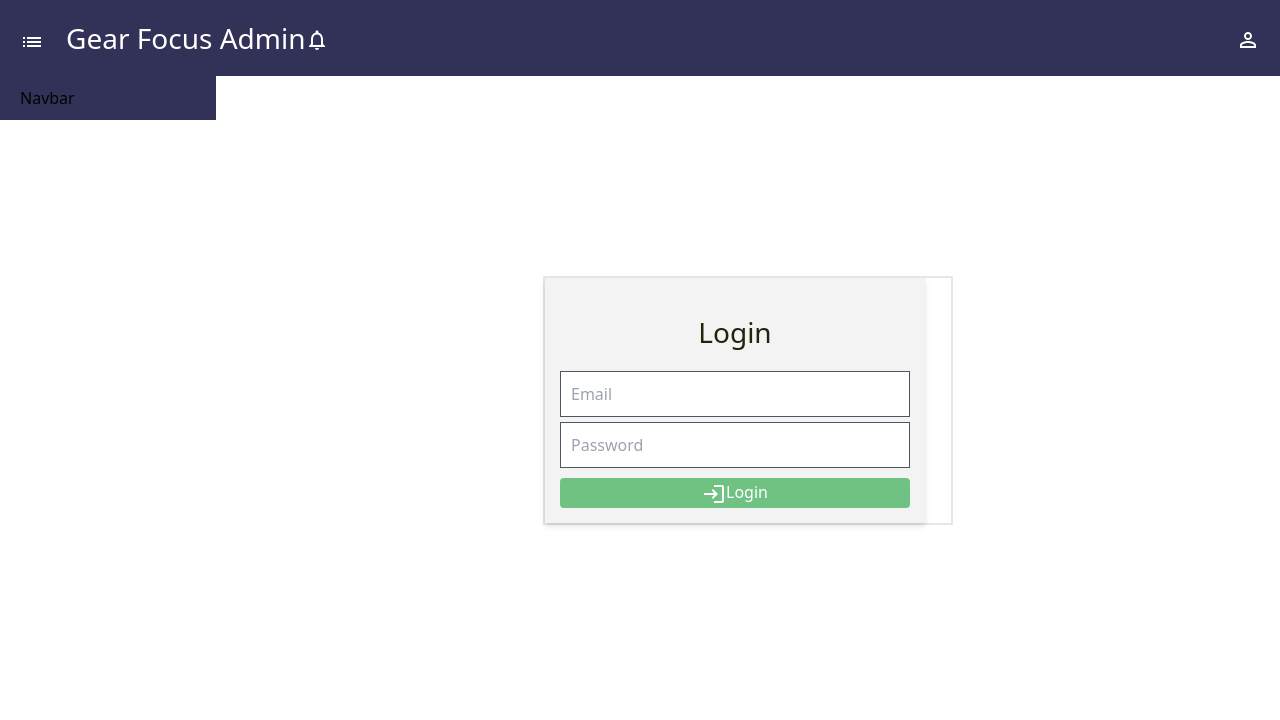
Repository: Kiendz3202/projectFinalPGS
Page: /home
The author's editor kept a copy of each file at every save. The page is drawn from the files as they stood at one save, then again after the next save.
The browser window is 1280 px wide. The pictures show the whole page.
The project was rebuilt for these pictures with package versions that can differ from the ones it lists, and the page was loaded fresh each time. Also part of the build but not shown: src/App.css, src/pages/HomePage.tsx.

Above is the page before, as saved 2022-03-07 22:51:43.

After the next save:
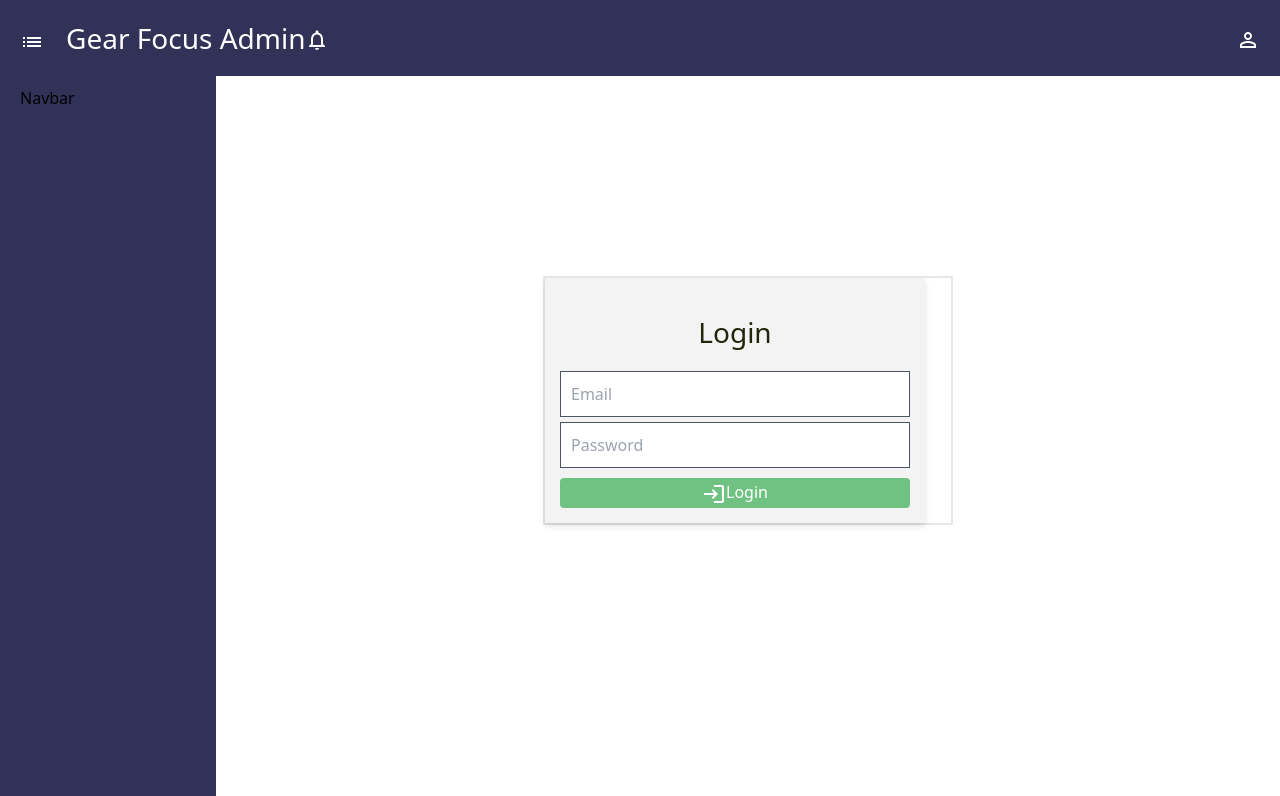
Saved 87 s later.
--- a/src/components/navbar/Navbar.tsx
+++ b/src/components/navbar/Navbar.tsx
@@ -2,7 +2,7 @@ import React from 'react'
 
 function Navbar() {
   return (
-    <div className=' w-[216px] max-w-[216px] px-[20px] py-[10px] h-full bg-[#323259]'>Navbar</div>
+    <div className=' w-[216px] max-w-[216px] px-[20px] py-[10px] h-screen bg-[#323259]'>Navbar</div>
   )
 }
 
